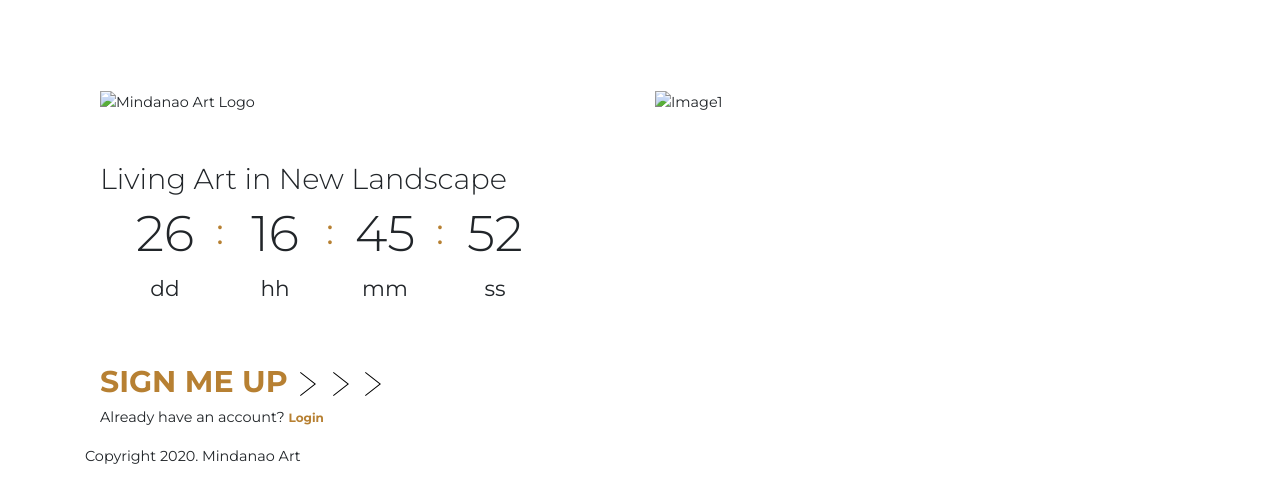
Repository: KleKlai/project-exodus
Page: http://localhost/
These files come from the project's save history. The page is drawn as it stood at one moment and after the next save; the edit follows.
The browser window is 1280 px wide. The pictures show the whole page.
The page is served by the project's Laravel application, run on PHP 8.4 with Laravel 8.

Above is the page before, as saved 2020-10-03 12:49:47.

After the next save:
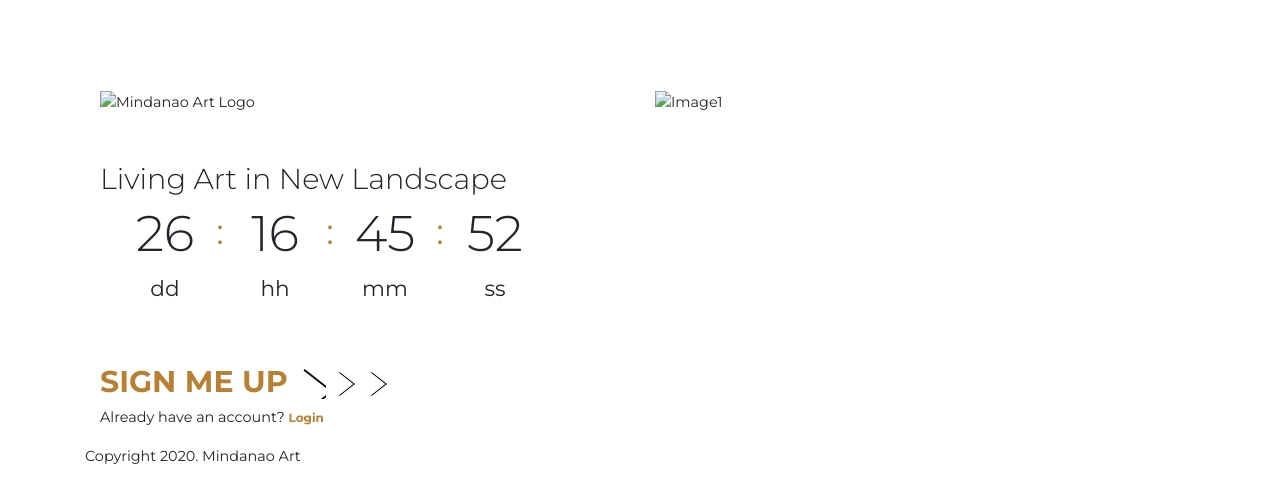
Saved 10 min 14 s later.
--- a/resources/views/welcome.blade.php
+++ b/resources/views/welcome.blade.php
@@ -153,7 +153,7 @@
                                 <div class="col">
                                     <a class="link" href="/register">
                                         SIGN ME UP
-                                        <svg width="24" height="24" xmlns="http://www.w3.org/2000/svg" fill-rule="evenodd" clip-rule="evenodd"><path d="M4 .755l14.374 11.245-14.374 11.219.619.781 15.381-12-15.391-12-.609.755z"/></svg>
+                                        <svg width="1em" height="1em" viewBox="0 0 16 16" xmlns="http://www.w3.org/2000/svg" fill-rule="evenodd" clip-rule="evenodd"><path d="M4 .755l14.374 11.245-14.374 11.219.619.781 15.381-12-15.391-12-.609.755z"/></svg>
                                         <svg width="24" height="24" xmlns="http://www.w3.org/2000/svg" fill-rule="evenodd" clip-rule="evenodd"><path d="M4 .755l14.374 11.245-14.374 11.219.619.781 15.381-12-15.391-12-.609.755z"/></svg>
                                         <svg width="24" height="24" xmlns="http://www.w3.org/2000/svg" fill-rule="evenodd" clip-rule="evenodd"><path d="M4 .755l14.374 11.245-14.374 11.219.619.781 15.381-12-15.391-12-.609.755z"/></svg>
                                     </a>

After the save that followed:
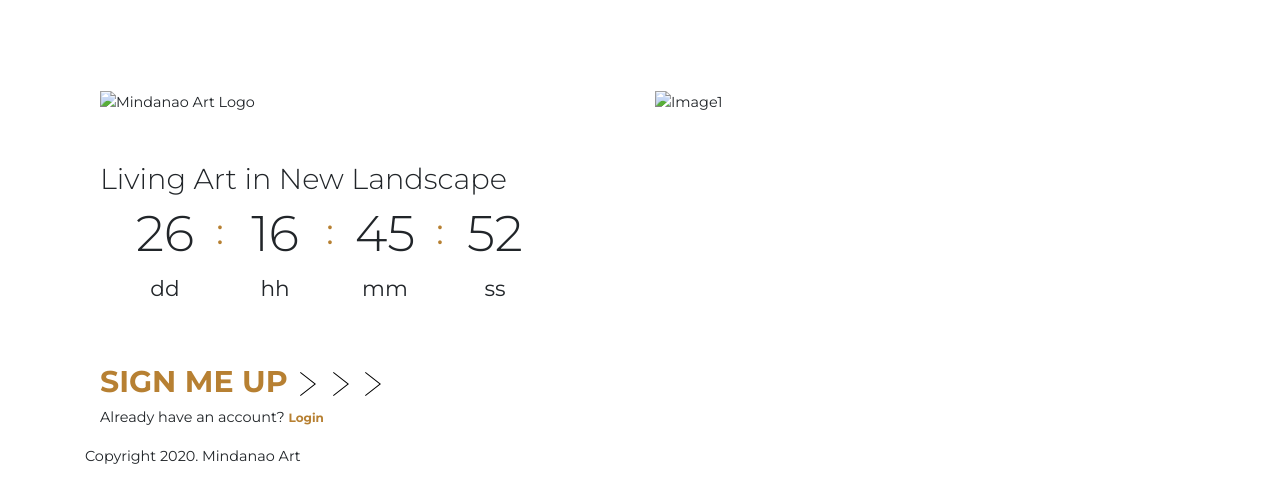
Saved 7 s later.
--- a/resources/views/welcome.blade.php
+++ b/resources/views/welcome.blade.php
@@ -153,7 +153,7 @@
                                 <div class="col">
                                     <a class="link" href="/register">
                                         SIGN ME UP
-                                        <svg width="1em" height="1em" viewBox="0 0 16 16" xmlns="http://www.w3.org/2000/svg" fill-rule="evenodd" clip-rule="evenodd"><path d="M4 .755l14.374 11.245-14.374 11.219.619.781 15.381-12-15.391-12-.609.755z"/></svg>
+                                        <svg width="24" height="24" xmlns="http://www.w3.org/2000/svg" fill-rule="evenodd" clip-rule="evenodd"><path d="M4 .755l14.374 11.245-14.374 11.219.619.781 15.381-12-15.391-12-.609.755z"/></svg>
                                         <svg width="24" height="24" xmlns="http://www.w3.org/2000/svg" fill-rule="evenodd" clip-rule="evenodd"><path d="M4 .755l14.374 11.245-14.374 11.219.619.781 15.381-12-15.391-12-.609.755z"/></svg>
                                         <svg width="24" height="24" xmlns="http://www.w3.org/2000/svg" fill-rule="evenodd" clip-rule="evenodd"><path d="M4 .755l14.374 11.245-14.374 11.219.619.781 15.381-12-15.391-12-.609.755z"/></svg>
                                     </a>
